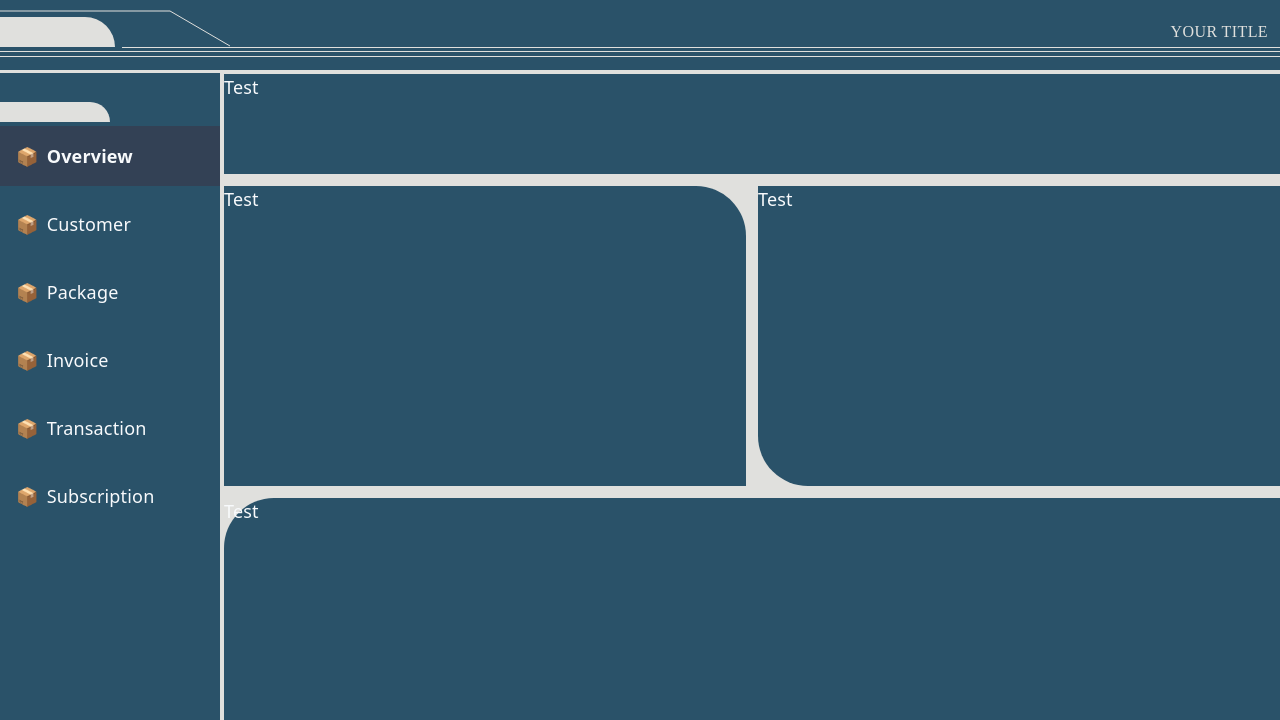
Repository: Farazdaq/stripe-payment-integration
Page: /dashboard (app in stripe-integration-react-dashboard/)
The author's editor kept a copy of each file at every save. The page is drawn from the files as they stood at one save, then again after the next save.
The browser window is 1280 px wide. The pictures show the whole page.
An inner scrolling area shows only its first screen. Some web fonts or font styles are not loaded; a fallback is used. The project was rebuilt for these pictures with package versions that can differ from the ones it lists, and the page was loaded fresh each time. Also part of the build but not shown: stripe-integration-react-dashboard/vite.config.ts, stripe-integration-react-dashboard/src/App.css, stripe-integration-react-dashboard/src/features/dashboard/pages/Customer.tsx, stripe-integration-react-dashboard/src/features/dashboard/pages/Package.tsx, stripe-integration-react-dashboard/src/features/dashboard/pages/Invoice.tsx, stripe-integration-react-dashboard/src/features/dashboard/pages/Transaction.tsx, stripe-integration-react-dashboard/src/features/dashboard/pages/Subscription.tsx.

Above is the page before, as saved 2026-05-12 17:10:51.

After the next save:
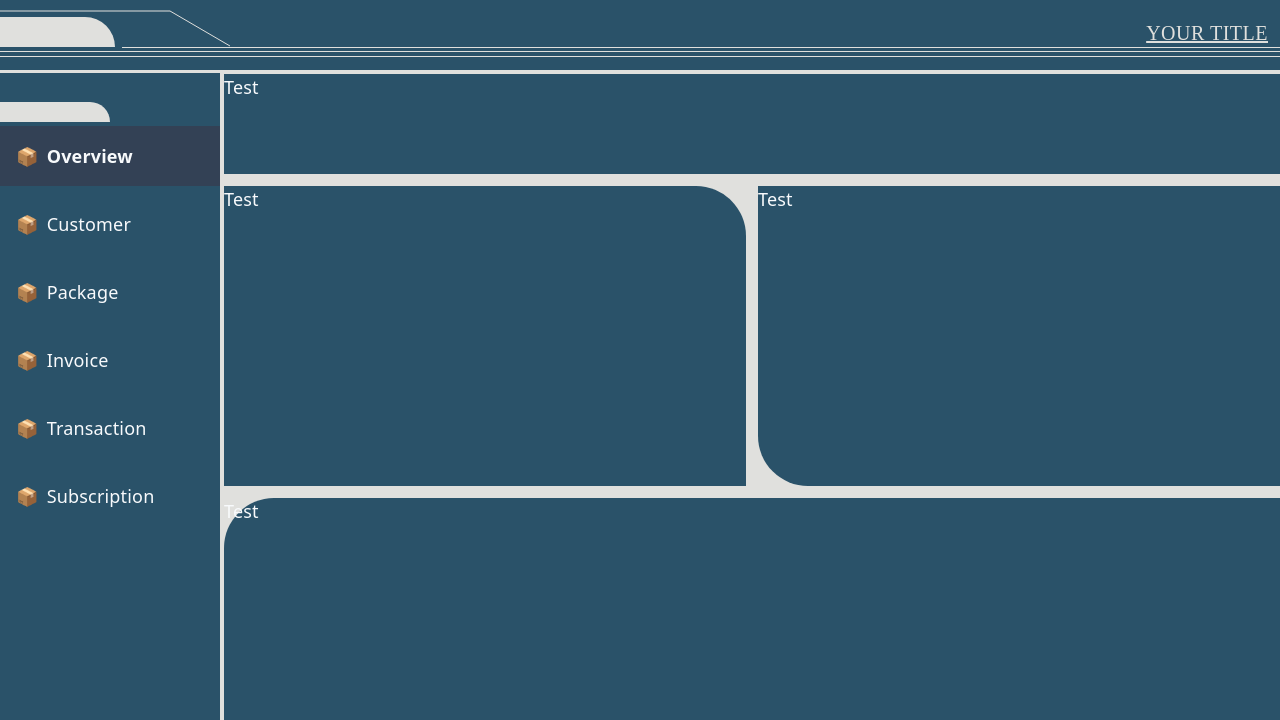
Saved 53 s later.
--- a/stripe-integration-react-dashboard/src/features/dashboard/layout/Navbar.tsx
+++ b/stripe-integration-react-dashboard/src/features/dashboard/layout/Navbar.tsx
@@ -17,7 +17,7 @@ export default function Navbar() {
     >
       {/* Title */}
       <p
-        className="absolute right-3 top-5 text-xs md:text-sm lg:text-base tracking-wide  font-['Chonburi']"
+        className="absolute right-3 top-5 text-[20px] underline tracking-wide font-['Chonburi']"
         style={{ color: "#E0E0DD" }}
       >
         YOUR TITLE
